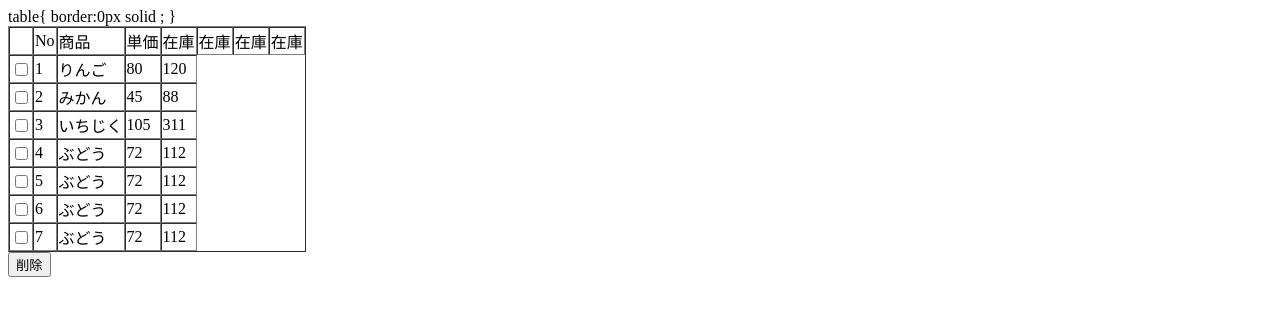
Repository: nathox/backup
Page: http://localhost/Favorite/s.jsp
An editor plug-in stored every save of this project. The page is shown before and after the next save, followed by the edit.
The browser window is 1280 px wide. The pictures show the whole page.
The page is served by Tomcat 9. Other server files are loaded and not shown.

Above is the page before, as saved 2018-02-07 08:08:33.

### Favorite/WebContent/s.jsp
<%@ page language="java" contentType="text/html; charset=UTF-8"
    pageEncoding="UTF-8"%>
<!DOCTYPE html PUBLIC "-//W3C//DTD HTML 4.01 Transitional//EN" "http://www.w3.org/TR/html4/loose.dtd">
<html>
<head>



<meta http-equiv="Content-Type" content="text/html; charset=UTF-8">
<title>Insert title here</title>

table{
border:0px solid ;

}




</head>
<body>

 <table border="1" cellspacing="0">
        <thead id="hoge-head">
            <tr>
                <td></td>
                <td>No</td>
                <td>商品</td>
                <td>単価</td>
                <td>在庫</td>
                <td>在庫</td>
                <td>在庫</td>
                <td>在庫</td>
            </tr>
        </thead>
        <tbody id="hoge-body">
            <tr>
                <td><input type="checkbox"></td>
                <td>1</td>
                <td>りんご</td>
                <td>80</td>
                <td>120</td>
            </tr>
            <tr>
                <td><input type="checkbox"></td>
                <td>2</td>
                <td>みかん</td>
                <td>45</td>
                <td>88</td>
            </tr>
            <tr>
                <td><input type="checkbox"></td>
                <td>3</td>
                <td>いちじく</td>
                <td>105</td>
                <td>311</td>
            </tr>
            <tr>
                <td><input type="checkbox"></td>
                <td>4</td>
                <td>ぶどう</td>
                <td>72</td>
                <td>112</td>
            </tr>

            <tr>
                <td><input type="checkbox"></td>
                <td>5</td>
                <td>ぶどう</td>
                <td>72</td>
                <td>112</td>
            </tr>

            <tr>
                <td><input type="checkbox"></td>
                <td>6</td>
                <td>ぶどう</td>
                <td>72</td>
                <td>112</td>
            </tr>

            <tr>
                <td><input type="checkbox"></td>
                <td>7</td>
                <td>ぶどう</td>
                <td>72</td>
                <td>112</td>
            </tr>

        </tbody>
    </table>



<INPUT
				TYPE="button" VALUE="削除" onClick="location.href=''">







</body>
</html>

After the next save:
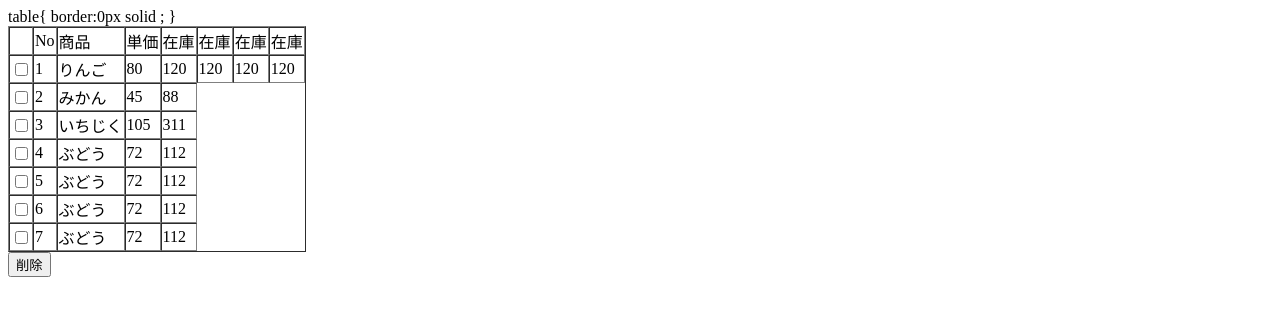
Saved 35 s later.
--- a/Favorite/WebContent/s.jsp
+++ b/Favorite/WebContent/s.jsp
@@ -39,6 +39,9 @@
                 <td>1</td>
                 <td>りんご</td>
                 <td>80</td>
+                <td>120</td>
+                <td>120</td>
+                <td>120</td>
                 <td>120</td>
             </tr>
             <tr>
